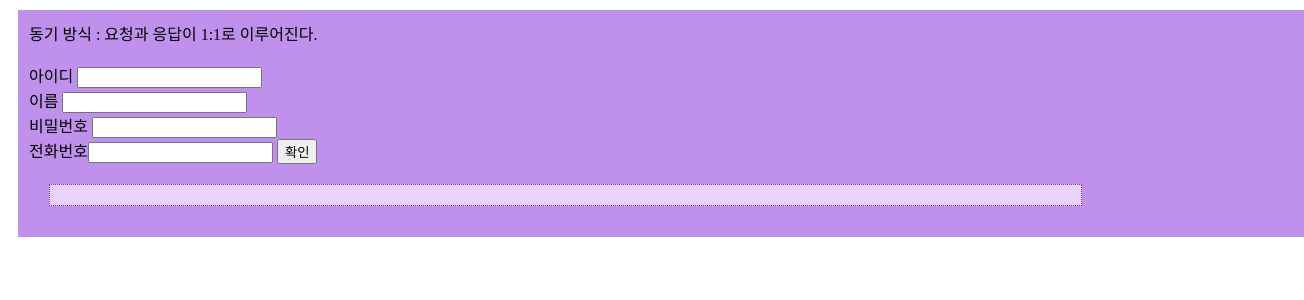
Repository: jinsoo115/jquery
Page: jqpro/WebContent/0201/ajax비동기통신.html
The author's editor kept a copy of each file at every save. The page is drawn from the files as they stood at one save, then again after the next save.
The browser window is 1280 px wide. The page is 1304 px wide, so the pictures cover 1304 px, including what lies to the right of the window. The pictures show the whole page.

Above is the page before, as saved 2021-02-01 03:34:48.

### jqpro/WebContent/0201/ajax비동기통신.html
<!DOCTYPE html>
<html>
<head>
<meta charset="UTF-8">
<title>Insert title here</title>
<link rel = "stylesheet" href = "../css/public.css">

<style>
</style>

<script>
</script>

</head>
<body>

<div class="box">
동기 방식 : 요청과 응답이 1:1로 이루어진다.

<br><br>

<form action="text.jsp" method="post">
    아이디 <input type="text" id="id" name="id"><br>
    이름 <input type="text" id="name" name="name"><br>
    비밀번호 <input type="password" id="pass" name="pass"><br>
    전화번호<input type="text" id="tel" name="tel">
<input type="submit" value="확인">
</form>
<div id="result1"></div>
</div>
</body>
</html>

### jqpro/WebContent/css/public.css
@charset "utf-8";
pre{
	background-color : #96FFFF;
	font-size : 1.5em;
    white-space: pre-wrap;

    /*
        pre : 공백은 그대로 줄바꿈이 되지 않는다
        pre-wrap : 공백은 그대로 줄바꿈 된다
        pre-line : 공백을 여러개 줘도 공백은 하나만 표시 줄바꿈된다.
        nowrap : 공백을 여러개 줘도 공백은 하나만 표시 줄바꿈되지 않는다.
    */
}

div.box{
    width: 100%;
    height: auto;
    margin: 10px;
    padding: 10px;
    border: 1px solid #bf91ed;
    background: #bf91ed;
}
.box input[type=button]{
    width: auto;
    height: 30px;
    color: white;
    padding: 5px 10px;
    border-radius: 10px;
    background: #00cca3;
    border-color: aquamarine;
}

.box div{
    width: 80%;
    height: auto;
    padding: 10px;
    border: 1.5px dotted #8020bf;
    margin: 20px;
    background-color: #e8d3fc;
}

After the next save:
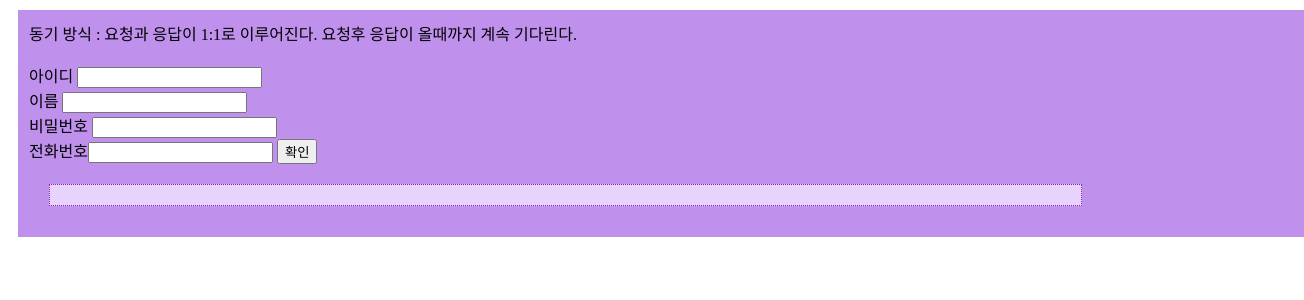
Saved 11 s later.
--- a/jqpro/WebContent/0201/ajax비동기통신.html
+++ b/jqpro/WebContent/0201/ajax비동기통신.html
@@ -16,7 +16,7 @@
 
 <div class="box">
 동기 방식 : 요청과 응답이 1:1로 이루어진다.
-
+요청후 응답이 올때까지 계속 기다린다.
 <br><br>
 
 <form action="text.jsp" method="post">
